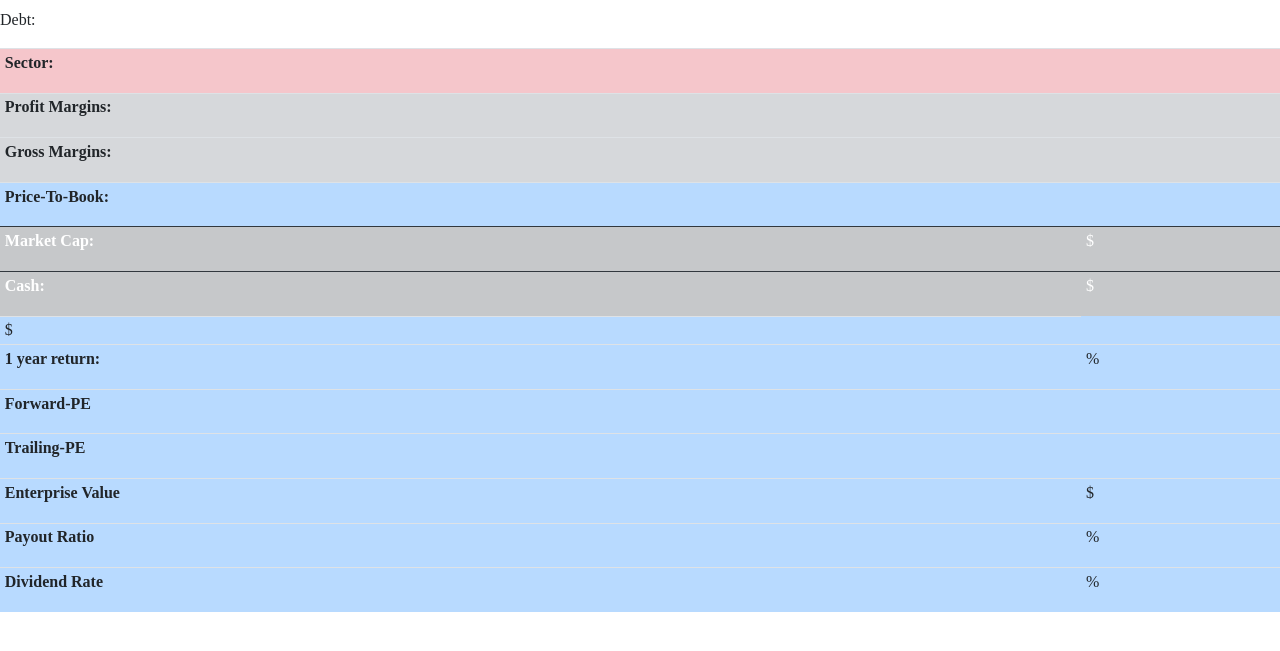
Repository: brendan12372/theSite
Page: topTen/templates/stocks/stock_detail.html
The author's editor kept a copy of each file at every save. The page is drawn from the files as they stood at one save, then again after the next save.
The browser window is 1280 px wide. The pictures show the whole page.
Some web libraries are served in a nearby version. The page is served by the project's application, run on Django 4.2 (manage.py). Other server files are loaded and not shown. The template is opened directly, without the code that normally fills it, so the values that code supplies are empty.

Above is the page before, as saved 2022-03-15 01:09:11.

### topTen/templates/stocks/stock_detail.html
{% load static %}
{{ static }}

<html lang="en">
  <head>
    <!-- Required meta tags -->
    <meta charset="utf-8">
    <meta name="viewport" content="width=device-width, initial-scale=1, shrink-to-fit=no">

    <!-- Bootstrap CSS -->
    <link rel="stylesheet" href="https://cdn.jsdelivr.net/npm/bootstrap@4.0.0/dist/css/bootstrap.min.css" integrity="sha384-Gn5384xqQ1aoWXA+058RXPxPg6fy4IWvTNh0E263XmFcJlSAwiGgFAW/dAiS6JXm" crossorigin="anonymous">
    <link rel="stylesheet" type="text/css" href="{% static 'topTen/style.css' %}"><!doctype html>

    <title>Hello, world!</title>
  </head>
  <body>

    <!--  <h1 class="display-3 text-center">{{ object.shortName }}</h1>
    <p class="text-start font-weight-bold"> summary:</p><p>{{ object.summary }}</p>
    <p>{{object.news}}<a href={{object.link}}>learn more</a> </p>

    <p>market Cap: {{ object.marketCap }}</p>


    <p>Profit Margin: {{ object.profitMargins }}</p>
    <p>Profit Margin: {{ object.grossMargins }}</p>
    <p>1 year Return: {{ object.yearReturn }}</p>
    <p>Price-to-Book: {{ object.PriceToBook}}</p>
    <p>Debt Equity Ratio: {{ object.debtEquityRatio}}</p> -->
    <h1 class="display-3 text-center">{{ object.shortName }}</h1>
    <table class="table table-hover table-primary table-sm">
      <!-- <thead class="thead-dark">
        <tr>
          <th scope="col">cat</th>
          <th scope="col">val</th>
        </tr>
      </thead> -->
      <tbody>

        <tr class="table-danger">
          <td><p class="font-weight-bold">Sector:</p></td>
          <td>{{object.sector}}</td>
        </tr>
        <tr class="table-secondary">
          <td><p class="font-weight-bold">Profit Margins:</p></td>
          <td>{{object.profitMargins}}</td>
        </tr>


        <tr class="table-secondary">
          <td><p class="font-weight-bold">Gross Margins:</p></td>
          <td>{{object.grossMargins}}</td>
        </tr>

        <tr>
          <td><p class="font-weight-bold">Price-To-Book:</p></td>
          <td>{{object.PriceToBook}}</td>
        </tr>

        <tr class="table-dark">
          <td><p class="font-weight-bold">Market Cap:</p></td>
          <td>$ {{object.marketCap}}</td>
        </tr>
        <tr class="table-dark">
          <td><p class="font-weight-bold">Cash:</p></td>
          <td>$ {{object.totalCash}}</td>
        </tr>

        <tr class="table-dark>
          <td><p class="font-weight-bold">Debt:</p></td>
          <td>$ {{object.totalDebt}}</td>
        </tr>

        <tr>
          <td><p class="font-weight-bold">1 year return:</p></td>
          <td>{{object.yearReturn}} %</td>
        </tr>
        <tr>
          <td><p class="font-weight-bold">Forward-PE</p></td>
          <td>{{object.forwardPE}}</td>
        </tr>

        <tr>
          <td><p class="font-weight-bold">Trailing-PE</p></td>
          <td>{{object.trailingPE}}</td>
        </tr>

        <tr>
          <td><p class="font-weight-bold">Enterprise Value</p></td>
          <td>$ {{object.enterpriseValue}}</td>
        </tr>

        <tr>
          <td><p class="font-weight-bold">Payout Ratio</p></td>
          <td>{{object.payoutRatio}} %</td>
        </tr>


        <tr>
          <td><p class="font-weight-bold">Dividend Rate</p></td>
          <td>{{object.dividendRate}} %</td>
        </tr>


      </tbody>
    </table>




    <!-- Optional JavaScript -->
    <!-- jQuery first, then Popper.js, then Bootstrap JS -->
    <script src="https://code.jquery.com/jquery-3.2.1.slim.min.js" integrity="sha384-KJ3o2DKtIkvYIK3UENzmM7KCkRr/rE9/Qpg6aAZGJwFDMVNA/GpGFF93hXpG5KkN" crossorigin="anonymous"></script>
    <script src="https://cdn.jsdelivr.net/npm/popper.js@1.12.9/dist/umd/popper.min.js" integrity="sha384-ApNbgh9B+Y1QKtv3Rn7W3mgPxhU9K/ScQsAP7hUibX39j7fakFPskvXusvfa0b4Q" crossorigin="anonymous"></script>
    <script src="https://cdn.jsdelivr.net/npm/bootstrap@4.0.0/dist/js/bootstrap.min.js" integrity="sha384-JZR6Spejh4U02d8jOt6vLEHfe/JQGiRRSQQxSfFWpi1MquVdAyjUar5+76PVCmYl" crossorigin="anonymous"></script>
  </body>
</html>

### tutorial/urls.py
from django.urls import path, include
from django.contrib import admin

urlpatterns = [
path('admin/', admin.site.urls),
path('', include('stocks.urls')),
path('topTen/', include('topTen.urls')),

]

### stocks/urls.py
from django.urls import path
from stocks import views
from django.contrib import admin

urlpatterns = [
    # path('stocks/', views.stocks_list),
    path('', views.stocks_list2),
    path('<int:pk>/', views.stocks_detail),
    path('<str:sector>/<str:sortBy>/<str:dir>', views.stocks_list),
    path('sectors/<str:sortBy>/<str:dir>', views.sector_list),

]

### topTen/urls.py
from django.urls import path
from topTen import views
urlpatterns = [
    # path('front/', views.front_list),
    # path('front/<int:pk>/', views.stocks_detail),
    path('sector/', views.sector_view,name='sector'),
    path('home/', views.vTwo,name='sort'),
    path('',views.home,name='home'),
    path('<int:pk>/', views.detail.as_view(),name='detail'),


]

### topTen/static/topTen/style.css
 /* Navbar container */
 .theOptions{
  background-color:lightblue;
  text-align: left;
     padding-left: 10%;
}
 article{
margin-top:30px;
 }
 body{
          font-family: "Noto Serif Armenian Light";

 }
.Key{
    background-color: lightblue;
}

.theList{
  background-color:darkgrey;
  text-align: left;
  margin-top: 5px;
    font-family: "Times";
}
p{
         font-family: "Noto Serif Armenian Light";

}
 .navbar {
  overflow: hidden;
  background-color: darkgrey;
  font-family: 'Noto Serif Armenian Light';
     margin-bottom: 30px;
}
 body {
   background-color:'green'
 }

/* Links inside the navbar */
.navbar a {
  float: left;
  font-size: 16px;
  color: white;
  text-align: center;
  padding: 14px 16px;
  text-decoration: none;
}

/* The dropdown container */
.dropdown {
  float: left;
  overflow: hidden;
}

/* Dropdown button */
.dropdown .dropbtn {
  font-size: 16px;
  border: none;
  outline: none;
  color: white;
  padding: 14px 16px;
  background-color: inherit;
  font-family: inherit; /* Important for vertical align on mobile phones */
  margin: 0; /* Important for vertical align on mobile phones */
}

/* Add a red background color to navbar links on hover */
.navbar a:hover, .dropdown:hover .dropbtn {
  background-color: red;
}

/* Dropdown content (hidden by default) */
.dropdown-content {
  display: none;
  position: absolute;
  background-color: #f9f9f9;
  min-width: 160px;
  box-shadow: 0px 8px 16px 0px rgba(0,0,0,0.2);
  z-index: 1;
}

/* Links inside the dropdown */
.dropdown-content a {
  float: none;
  color: black;
  padding: 12px 16px;
  text-decoration: none;
  display: block;
  text-align: left;
}

/* Add a grey background color to dropdown links on hover */
.dropdown-content a:hover {
  background-color: #ddd;
}

/* Show the dropdown menu on hover */
.dropdown:hover .dropdown-content {
  display: block;
}
label {
  ;
}

After the next save:
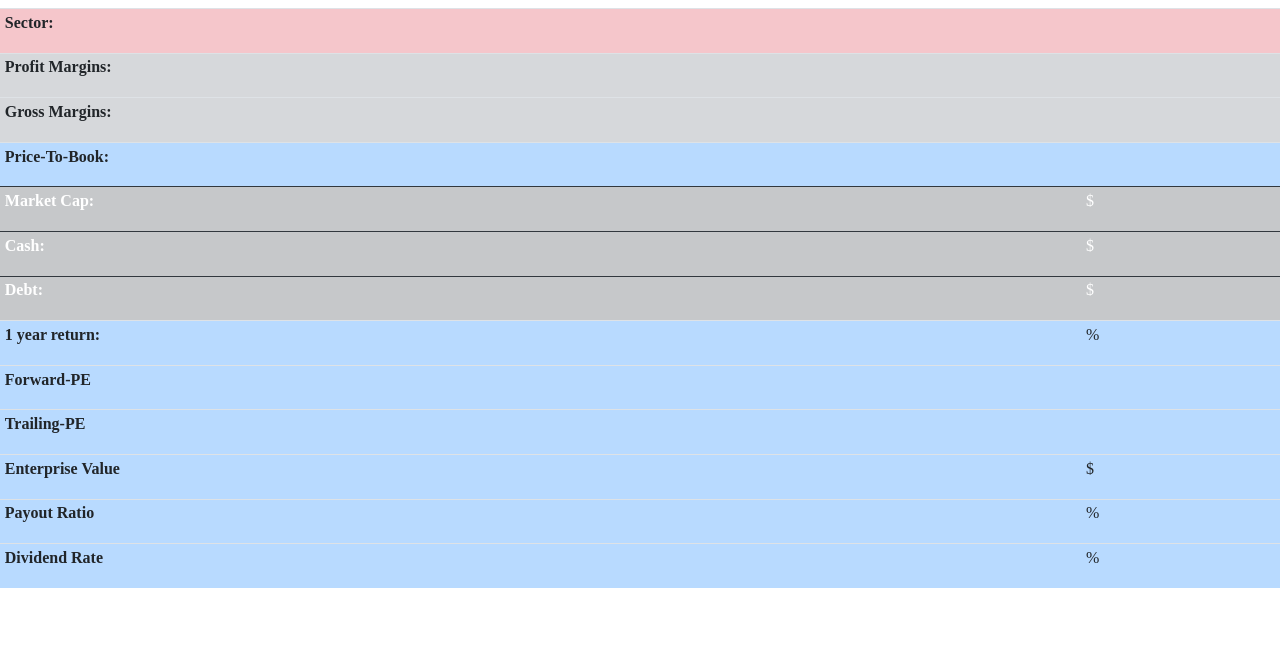
Saved 29 s later.
--- a/topTen/templates/stocks/stock_detail.html
+++ b/topTen/templates/stocks/stock_detail.html
@@ -66,7 +66,7 @@
           <td>$ {{object.totalCash}}</td>
         </tr>
 
-        <tr class="table-dark>
+        <tr class="table-dark">
           <td><p class="font-weight-bold">Debt:</p></td>
           <td>$ {{object.totalDebt}}</td>
         </tr>
